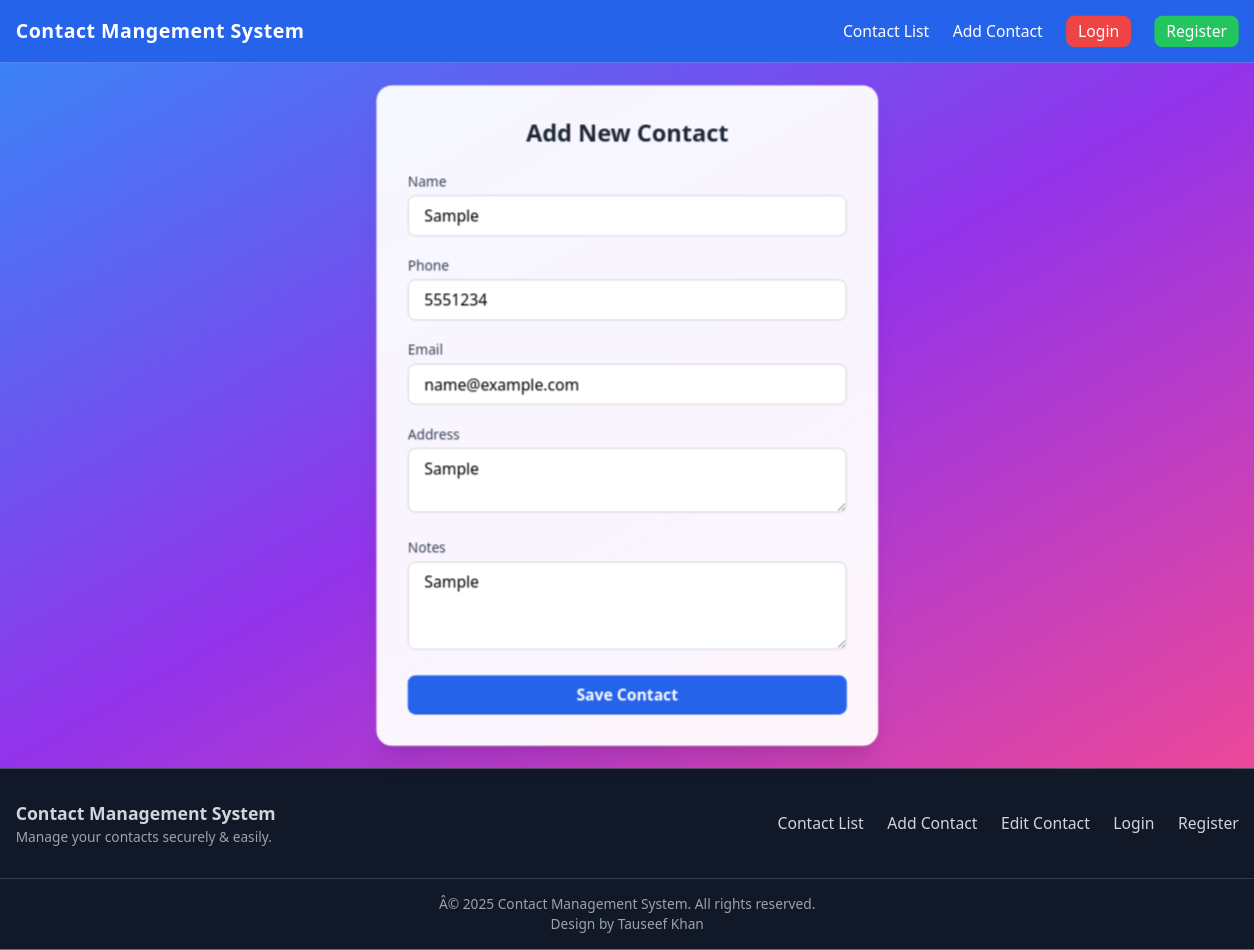
Repository: tauseefthedeveloper/ContactManagementSystem
Page: http://localhost/ContactManagementSystem/AddContact.jsp
An editor plug-in stored every save of this project. The page is shown before and after the next save, followed by the edit.
The browser window is 1280 px wide. The pictures show the whole page, at 98% of full size.
Empty fields were first filled with sample values (such as "Sample", 5 or name@example.com).
After loading, the first visible `#contactForm` was submitted once.
Some web libraries are served in a nearby version. The page is served by Tomcat 9.

Above is the page before, as saved 2025-09-01 13:08:52.

After the next save:
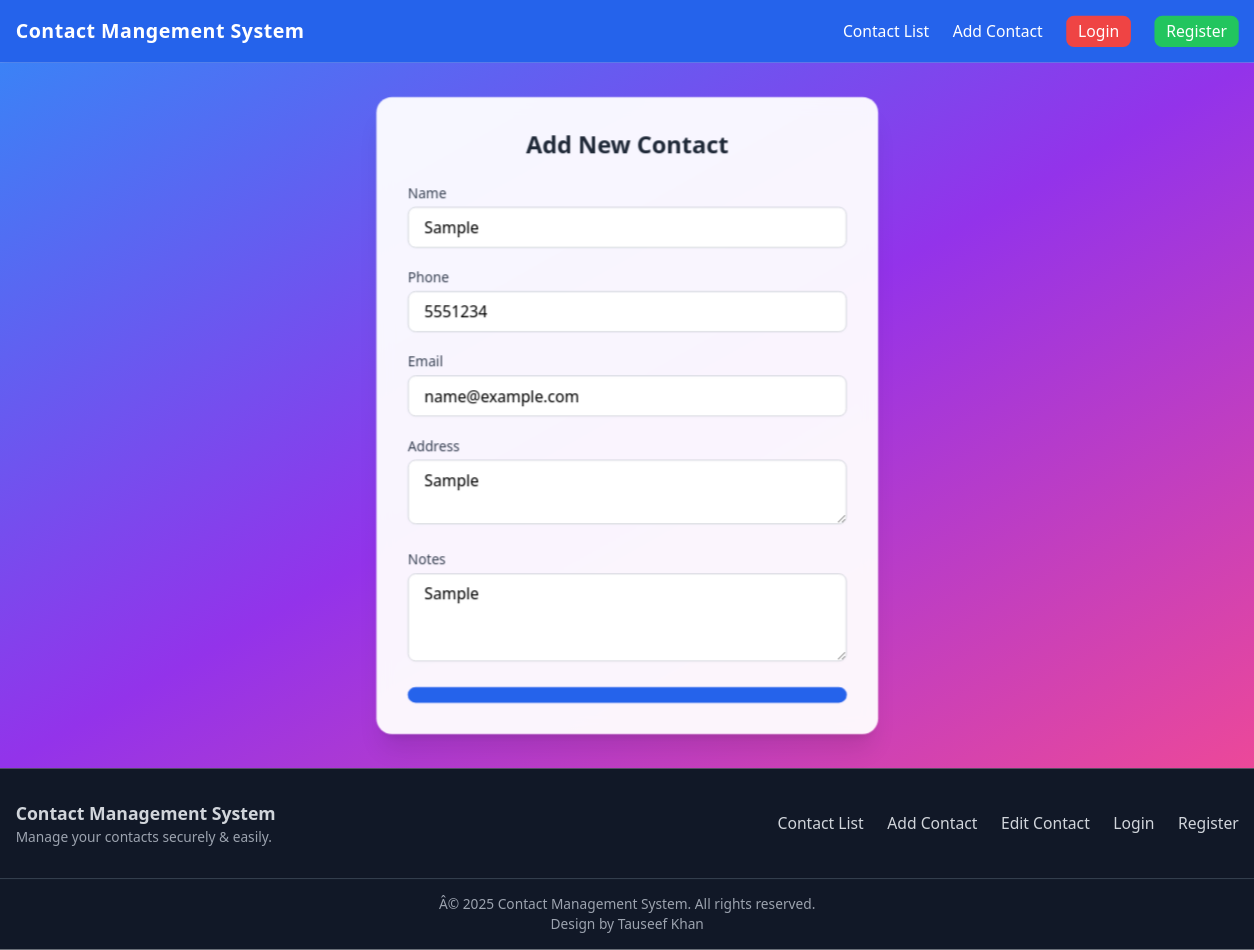
Console error: ReferenceError: d is not defined
Saved 2 min 25 s later.
--- a/ContactManagementSystem/src/main/webapp/AddContact.jsp
+++ b/ContactManagementSystem/src/main/webapp/AddContact.jsp
@@ -63,7 +63,7 @@
 				</div>
 
 				<!-- Submit -->
-				<button type="submit"
+				<button id="submitBtn" type="submit"
 					class="w-full rounded-lg bg-blue-600 text-white font-semibold py-2 hover:bg-blue-700 transition">
 					Save Contact</button>
 			</form>
@@ -80,6 +80,21 @@
 		let email=$('#email').val();
 		let address=$('#address').val();
 		let notes=$('#notes').val();
+	    $('#submitBtn').html("<i class='fa fa-spinner fa-spin'></i>");
+	    $.ajax({
+			url:"/AddContact",
+			type:'POST',
+			data:d,
+			success:function(data){
+				if(data.trim()=="true"){
+					alert("Contact Added Successfully!");
+					$('#submitBtn').text('Save Contact');
+				}
+			},error:function(){
+				$('#submitBtn').text('Save Contact');
+				alert("Something went wrong!");
+			}
+	    })
 	})
 	</script>
 </body>
